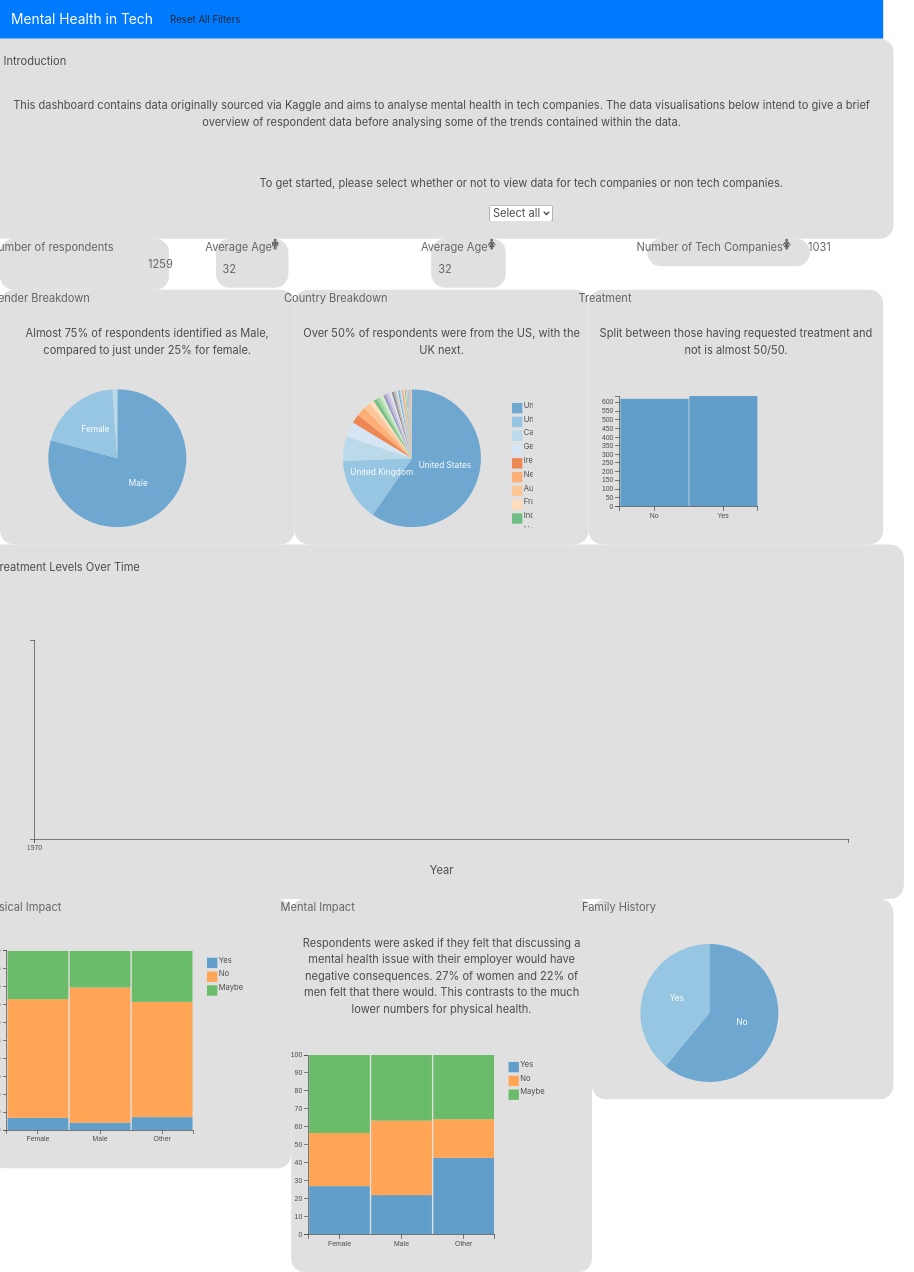
Repository: martingr1/mhdashboard
Page: index.html
The author's editor kept a record of every edit. The page is drawn from the files as they stood at one moment, then again after the next edit.
The browser window is 1280 px wide. The page is 1325 px wide, then 1310 px, so the pictures cover 1325 px, including what lies to the right of the window. The pictures show the whole page, at 69% of full size.
Some web libraries are served in a nearby version.

Above is the page before.

After the next edit:
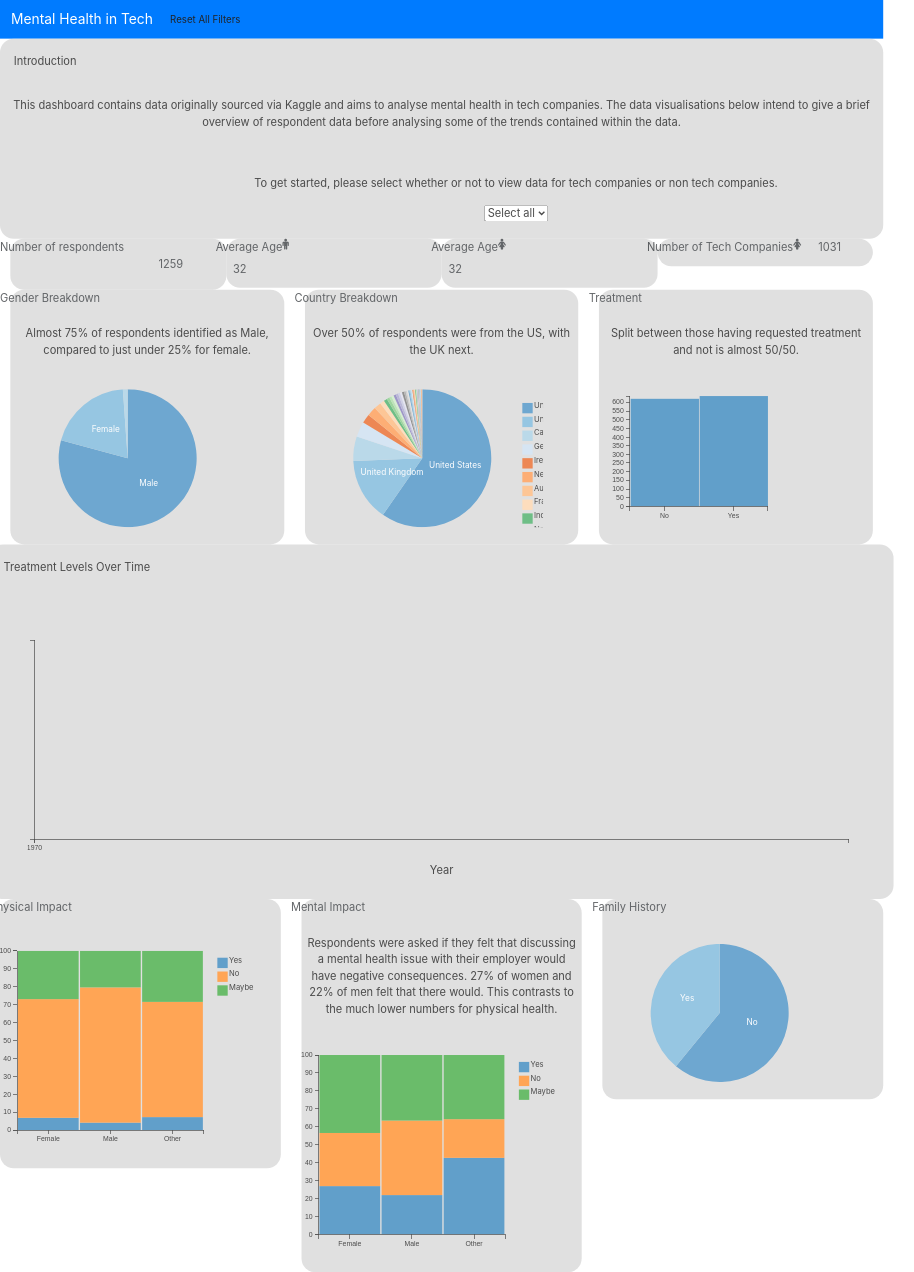
The edit:
--- a/static/css/style.css
+++ b/static/css/style.css
@@ -15,6 +15,10 @@
 	border-radius: 20px;
 	background-color: #D3D3D3;
 	opacity: 0.7;
+	display: flex;
+	width: 100%;
+	height: auto;
+	margin: 0 auto;
 }
 
 .chart {
